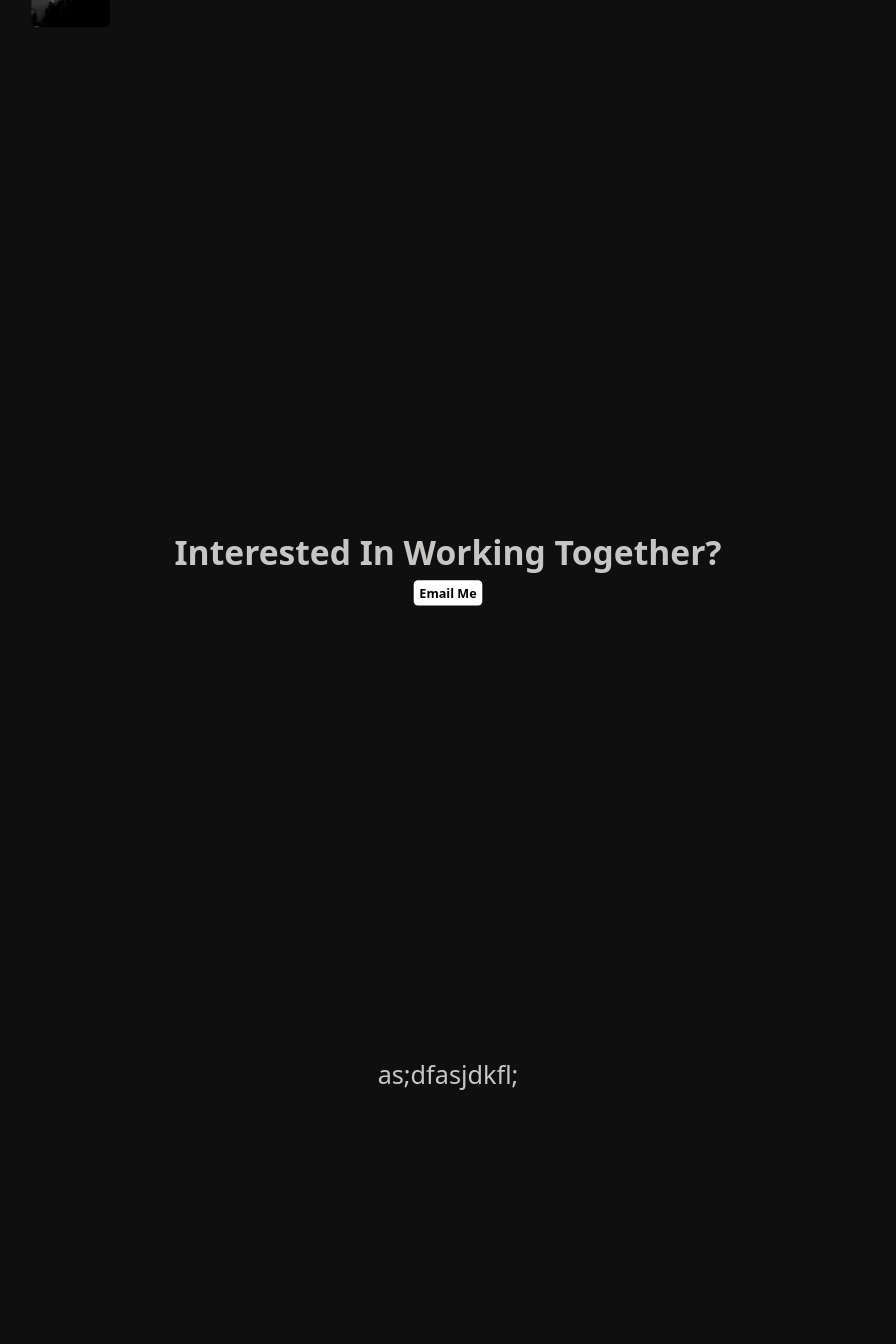
Repository: hitoutvrma/portfolio
Page: /
An editor plug-in stored every save of this project. The page is shown before and after a run of saves, followed by the edit.
The browser window is 1280 px wide. The pictures show the part of the page from y = 1010 to 2930 px (the page is 2930 px tall), at 70% of full size.
The project was rebuilt for these pictures with package versions that can differ from the ones it lists, and the page was loaded fresh each time. Also part of the build but not shown: vite.config.js.

Above is the page before, as saved 2025-03-08 21:04:43.

### src/index.css
@import "tailwindcss";
body{
    background-color: #0f0f0f;
    color: #c8c6c4;
    padding: 25px;
}

### src/App.jsx
import WorkTogether from './Components/WorkTogether'
import Front from './Components/Front'
import Work from './Components/Work'
import CursorImagePop from './Components/CursorImagePop'

function App() {

  return (
    <div className=''>

      <Front/>
      <Work/>
      <WorkTogether/>
      <CursorImagePop/>
    </div>
  )
}

export default App

### src/Components/WorkTogether.jsx


function WorkTogether() {
  return (
    <div className='h-screen sm:p-5 flex flex-col justify-center items-center'>
        <div className="flex items-center justify-center flex flex-col gap-4" >
      <p className="sm:text-5xl text-3xl text-center font-bold">
        Interested In Working Together?
        </p>
      <button className="px-2 py-1 text-lg font-bold  bg-white text-black hover:bg-pink-200 cursor-pointer transition-colors duration-300 rounded-md ">Email Me</button>
        </div>

    </div>
  )
}

export default WorkTogether

### src/Components/Front.jsx
import React from 'react'
import {animate, delay, hover, motion} from 'framer-motion'
import AnimatedParagraph from './AnimatedParagraph'
import AnimatedParagraphs from './AnimatedParagraph'
function Front() {
  const name = ["hitesh Verma"]
  const para1 = ["is an award-winning multidisciplinary digital web developer based in India"]
  const para2 = ["creative Director and founder at"]
  const para3 = ["bitCheat"]
  return (
    <div className='sm:h-screen md:h-screen'>
    <div className="sm:flex">
      <div className='hero sm:p-5 sm:text-[3vw] text-[8vw]  sm:w-[53vw]'>
      <logo className='text-4xl sm:text-5xl font-semibold font-[serif]'>hitoutvrma</logo>
        <p className='mt-28 leading-none text-[#8c8c8c]'>
          <span className='text-white font-semibold'><AnimatedParagraphs texts={name} delay={0}/></span>
           <AnimatedParagraph texts={para1 } delay={0.3}/></p>

        <div className='text-xl pt-4'>
          <p className='text-[#8c8c8c]'><AnimatedParagraph texts={para2} delay={0.6}/></p>
          <p className='font-semibold'><AnimatedParagraph texts={para3} delay={0.9}/></p>
          {/* <AnimatedParagraph/> */}
        </div>
        <motion.div initial={{opacity:0, scaleY:0.5}} animate={{opacity:1, scaleY:1}} transition={{duration:2, delay:1.4}} className=' flex sm:text-[2vh] sm:pb-0 pb-12 text-[1.8vh]  sm:pt-25 pt-28 flex-col sm:gap-3 gap-1'>
          <p className='text-[#8c8c8c] pb-4 text-[1.6vh]  sm:text-[2vh]'>CONNECT</p>
          <motion.div
        className="relative w-[90%]  font-bold text-white text-md cursor-pointer"
        initial="initial"
        whileHover="hover"
      >
        <p className='pb-2'>Twitter/X</p>

        {/* Static Gray Line */}
        <div className="absolute left-0 bottom-0 w-full    h-[0.1vh] bg-[#4c4c4c]"></div>

        {/* Animated Green Line */}
        <motion.div
          className="absolute left-0 bottom-0 h-[2px] bg-green-400"
          variants={{
            initial: { width: "0%" },
            hover: { width: "100%" },
            exit: {width: "0%"}
          }}
          transition={{hover: { duration: 2, ease: "easeInOut" },
          exit: { duration: 0.01 } }}
        />
      </motion.div>

      <motion.div
        className="relative w-[90%]  font-bold text-white text-md cursor-pointer"
        initial="initial"
        whileHover="hover"
      >
        <p className='pb-2'>Linkedin</p>

        {/* Static Gray Line */}
        <div className="absolute left-0 bottom-0 w-full    h-[0.1vh] bg-[#8c8c8c]"></div>

        {/* Animated Green Line */}
        <motion.div
          className="absolute left-0 bottom-0 h-[2px] bg-green-400"
          variants={{
            initial: { width: "0%" },
            hover: { width: "100%" },
            exit: {width: "0%"}
          }}
          transition={{hover: { duration: 2, ease: "easeInOut" },
          exit: { duration: 0.01 } }}
        />
      </motion.div>

      <motion.div
        className="relative w-[90%]  font-bold text-white text-md cursor-pointer"
        initial="initial"
        whileHover="hover"
      >
        <p className='pb-2'>Email</p>

        {/* Static Gray Line */}
        <div className="absolute left-0 bottom-0 w-full    h-[0.1vh] bg-[#8c8c8c]"></div>

        {/* Animated Green Line */}
        <motion.div
          className="absolute left-0 bottom-0 h-[2px] bg-green-400"
          variants={{
            initial: { width: "0%" },
            hover: { width: "100%" },
            exit: {width: "0%"}
          }}
          transition={{hover: { duration: 2, ease: "easeInOut" },
          exit: { duration: 0.01 } }}
        />
      </motion.div>

      <motion.div
        className="relative w-[90%]  font-bold text-white text-md cursor-pointer"
        initial="initial"
        whileHover="hover"
      >
        <p className='pb-2'>Instagram</p>

        {/* Static Gray Line */}
        <div className="absolute left-0 bottom-0 w-full    h-[0.1vh] bg-[#8c8c8c]"></div>

        {/* Animated Green Line */}
        <motion.div
          className="absolute left-0 bottom-0 h-[2px] bg-[#4285F4]"
          variants={{
            initial: { width: "0%" },
            hover: { width: "100%" },
            exit: {width: "0%"}
          }}
          transition={{hover: { duration: 2, ease: "easeInOut" },
          exit: { duration: 0.01 } }}
        />
      </motion.div>
        </motion.div>
        </div>

        <motion.div  // Faster hover scale effect
  initial={{ opacity: 0, scale: 0.9 }}
  animate={{ opacity: 1, scale: 1 }}
  transition={{ duration: 1.5, delay: 1.5 }} // Reduced duration so hover works smoothly
  style={{ backgroundImage: "url('/user.jpg')" }}
  className='bg-cover sm:bg-[center_top_60%] bg-[center_top_80%] w-[95%] h-[50vh] sm:w-[43vw] sm:h-[92vh] bg-[#3a3a3a] rounded-md'>
</motion.div>


      </div>
        </div>
  )
}

export default Front

### src/Components/Work.jsx
import React from 'react'
import Card from './Card'

function Work() {
  return (
    <div className='h-auto min-h-screen sm:p-5 '>
      <div className='pt-15  pb-15'><p>WORK & PROJECTS</p></div>
      <div className='grid grid-cols-1 sm:grid-cols-2 md:grid-cols-3 lg:grid-cols-4 gap-y-10 gap-x-8'>
        <Card bgImage={'/user.jpg'}
         name={"honeytype"}
         width={"sm:w-28"}
         height={"sm:h-35"}
         />

      </div>
    </div>
  )
}

export default Work

### src/Components/CursorImagePop.jsx
import { useState, useEffect } from "react";

const CursorImagePop = () => {
    const images = ["/1.jpg", "/r.jpg", "/3.jpg", "/4.jpg", "/5.jpg","/6.jpg"]; // Image list
    const [imageIndex, setImageIndex] = useState(0);
    const [positions, setPositions] = useState([]);
    const minDistance = 120; // Minimum distance to trigger next image

    useEffect(() => {
        const handleMouseMove = (e) => {
            if (positions.length > 0) {
                const lastPos = positions[positions.length - 1];
                const distance = Math.sqrt((e.clientX - lastPos.x) ** 2 + (e.clientY - lastPos.y) ** 2);
                if (distance < minDistance) return;
            }

            const newImage = {
                id: Date.now(),
                src: images[imageIndex],
                x: e.clientX,
                y: e.clientY
            };

            setPositions((prev) => [...prev, newImage]);

            setImageIndex((prev) => (prev + 1) % images.length);

            setTimeout(() => {
                setPositions((prev) => prev.filter((img) => img.id !== newImage.id));
            }, 3000); // Remove after 10 sec
        };

        window.addEventListener("mousemove", handleMouseMove);
        return () => window.removeEventListener("mousemove", handleMouseMove);
    }, [imageIndex, positions]);

    return (
        <div className="relative flex justify-center items-center" style={{ height: "100vh", overflow: "hidden" }}>
            <h1 className="absolute z-20 text-4xl">as;dfasjdkfl;</h1>
            {positions.map((img) => (
                <img
                    key={img.id}
                    src={img.src}
                    alt=""
                    className="pop-image"
                    style={{
                        position: "absolute",
                        width: "260px",
                        height: "auto",
                        pointerEvents: "none",
                        transform: "translate(-50%, -50%)",
                        left: img.x,
                        top: img.y,
                        opacity: 1,
                        transition: "opacity 4s ease-out"
                    }}
                />
            ))}
        </div>
    );
};

export default CursorImagePop;

### src/Components/AnimatedParagraph.jsx
import { motion } from "framer-motion";

export default function AnimatedParagraphs({ texts, delay = 0.5 }) {
  return (
    // <div className="flex justify-center items-center h-screen bg-black text-white p-10 flex-col">
      <motion.div
        initial="hidden"
        animate="visible"
        variants={{
          hidden: {},
          visible: {
            transition: { staggerChildren: delay },
          },
        }}
      >
        {texts.map((text, i) => (
          <motion.p
            key={i}

            initial={{ opacity: 0 }} // Initially hidden
            animate={{ opacity: 1 }} // Fully visible
            transition={{ duration: 0.5, delay: delay }} // Delays each paragraph based on index
          >
            {text.split(" ").map((word, index) => (
              <motion.span
                key={index}
                className="mr-1 inline-block"
                initial={{ opacity: 0.05, x: -4 }}
                animate={{ opacity: 1, x: 0 }}
                transition={{ duration: 5, ease: "linear", delay: delay }} // Delay applied properly
              >
                {word}
              </motion.span>
            ))}
          </motion.p>
        ))}
      </motion.div>
    // </div>
  );
}

### src/Components/Card.jsx
import { motion, useInView } from "framer-motion";
import { useRef } from "react";

function Card({ width = "sm:w-[18vw]", height = "sm:h-[30vh]", name, bgImage }) {
  const ref = useRef(null);
  const isInView = useInView(ref, { once: true, margin: "-50px" });

  return (
    <div>

    <motion.div
      ref={ref}
      initial={{ y: 40, scale: 0.8, opacity: 0 }}
      animate={isInView ? { y: 0, scale: 1, opacity: 1 } : {}}
      transition={{ duration: 1, ease: "easeOut" }}
      style={{
        // height: `${height}vh`,
        // width: `${width}vw`,
        backgroundImage: `url(${bgImage})`,
        backgroundSize: "cover",
        backgroundPosition: "center"
      }}
      className={`relative card group bg-amber-300 overflow-hidden rounded-lg h-[45vh] w-[85vw] ${width} ${height}  `}
      >
      {/* Name (Hidden initially, appears on hover) */}
      <h1 className="absolute top-2 left-2 text-white text-[1.9vh] sm:opacity-0 sm:-translate-y-4 transition-all sm:duration-300 sm:group-hover:opacity-100 sm:group-hover:translate-y-0">
        {name}
      </h1>

      {/* Footer (Hidden initially, appears on hover) */}
      <footer className="absolute bottom-0 left-0 right-0 flex gap-2 p-3 sm:p-2 sm:opacity-0 sm:translate-y-4 transition-all sm:duration-300 sm:group-hover:opacity-100 sm:group-hover:translate-y-0">
        <button className="px-2 py-1 backdrop-blur-xl bg-white/30 text-white text-[1.5vh]">
          Web
        </button>
        <button className="px-2 py-1 backdrop-blur-xl bg-white/30 text-white text-[1.5vh]">
          React
        </button>
      </footer>
    </motion.div>

    </div>

  );
}

export default Card;

Loaded but not shown: index.html (common file); src/main.jsx (common file)

After the next 2 saves:
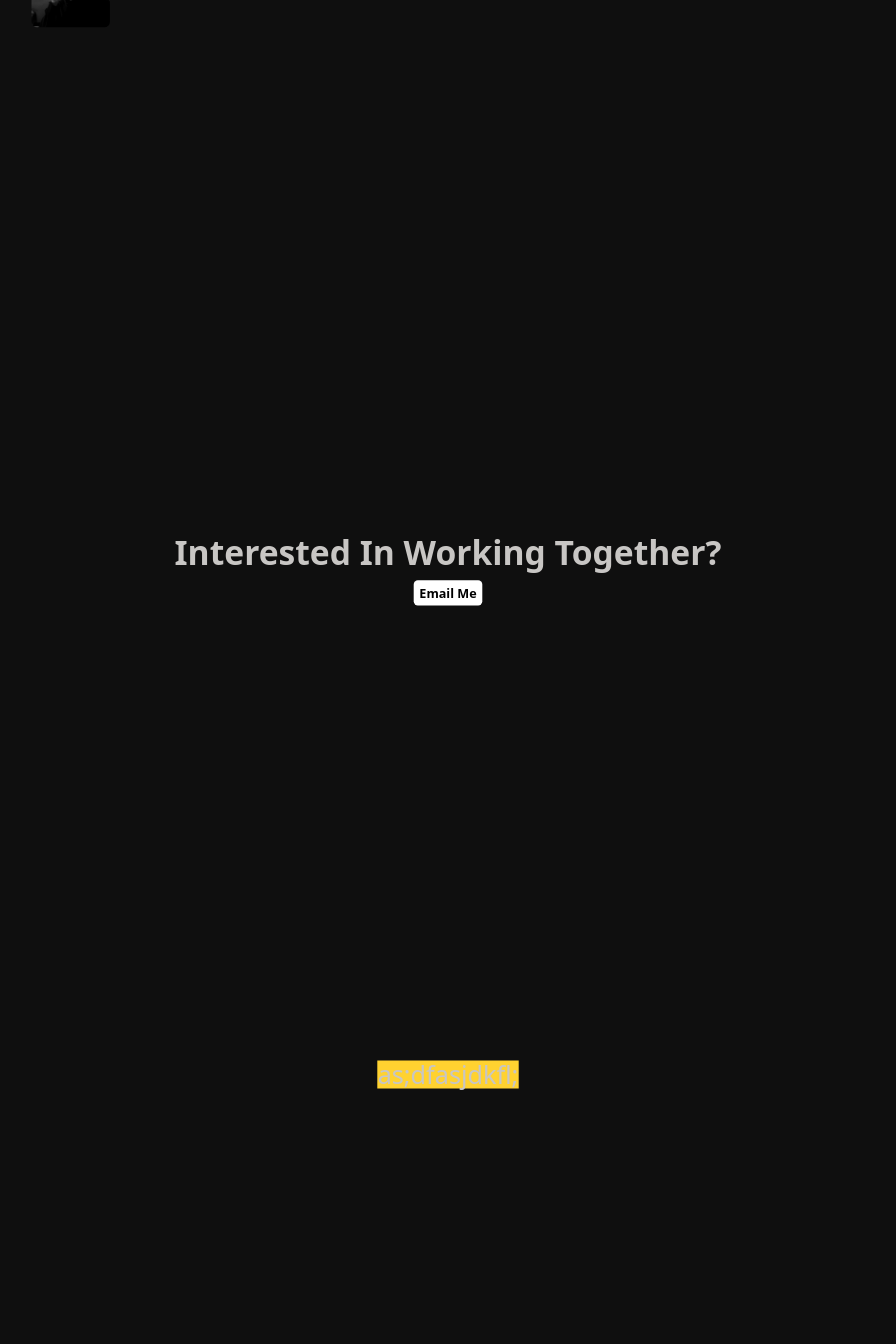
The 2 saves are shown as one change because they came seconds apart.
The last was saved 9 s later.
--- a/src/Components/CursorImagePop.jsx
+++ b/src/Components/CursorImagePop.jsx
@@ -36,7 +36,7 @@ const CursorImagePop = () => {
 
     return (
         <div className="relative flex justify-center items-center" style={{ height: "100vh", overflow: "hidden" }}>
-            <h1 className="absolute z-20 text-4xl">as;dfasjdkfl;</h1>
+            <h1 className="absolute z-20 bg-amber-300 text-4xl">as;dfasjdkfl;</h1>
             {positions.map((img) => (
                 <img
                     key={img.id}
